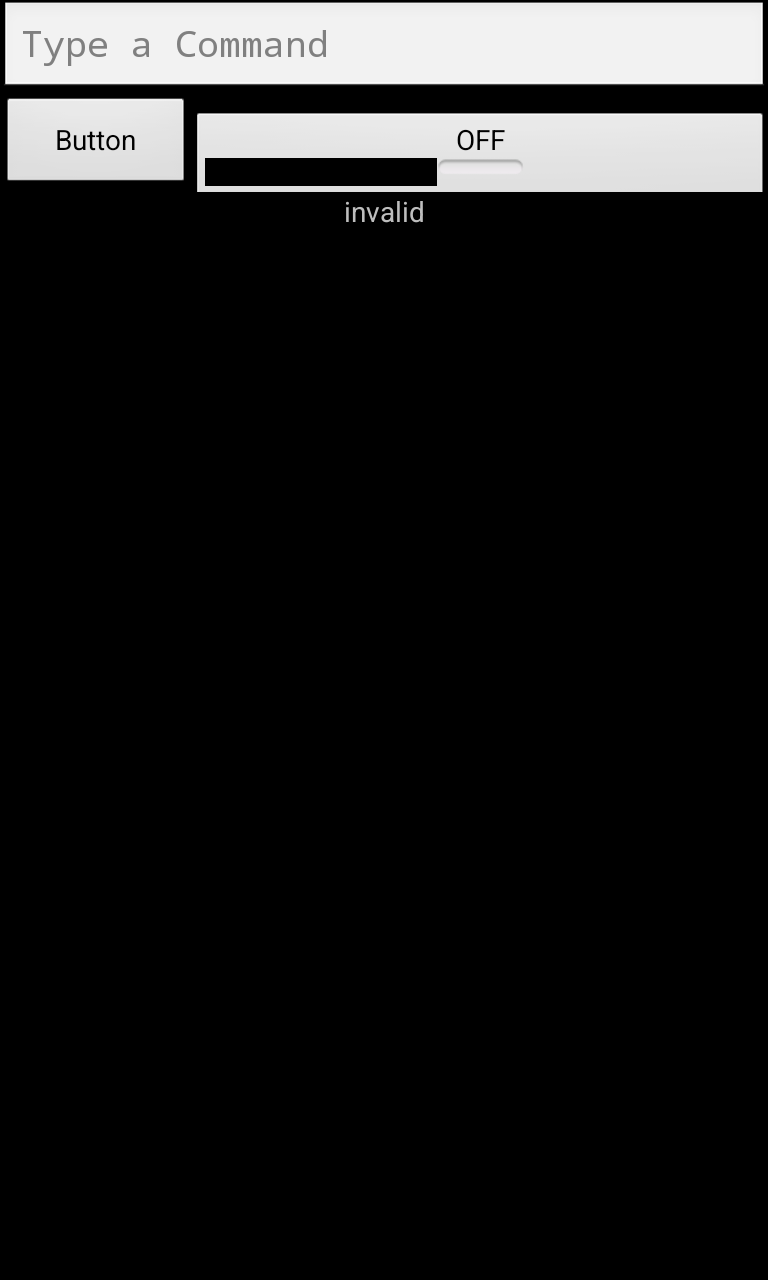
Repository: mcranwill/java_android
Layout: newboston/res/layout/text.xml
The author's editor kept a copy of each file at every save. The layout is drawn from the files as they stood at one save, then again after the next save.
It is drawn on a 768 x 1280 px phone screen (xhdpi) without system bars, with theme android:Theme; the app's code is not run.

Above is the layout before, as saved 2012-06-10 18:41:54.

### newboston/res/layout/text.xml
<?xml version="1.0" encoding="UTF-8"?>
<LinearLayout xmlns:android="http://schemas.android.com/apk/res/android"
    android:layout_width="match_parent"
    android:layout_height="match_parent"
    android:orientation="vertical" >

    <EditText
        android:id="@+id/etCommands"
        android:layout_width="fill_parent"
        android:layout_height="wrap_content"
        android:hint="@string/basic_hint"
        android:password="true" />

    <LinearLayout
        android:layout_width="fill_parent"
        android:layout_height="wrap_content"
        android:orientation="horizontal"
        android:weightSum="100">

        <Button
            android:layout_weight="75"
            android:id="@+id/bResults"
            android:layout_width="fill_parent"
            android:layout_height="wrap_content"
            android:text="Button" />

        <ToggleButton
            android:id="@+id/toggleButton1"
            android:layout_width="fill_parent"
            android:layout_height="wrap_content"
            android:layout_weight="25"
            android:text="ToggleButton" />

    </LinearLayout>

    <TextView
        android:id="@+id/tvResutls"
        android:layout_width="fill_parent"
        android:layout_height="wrap_content"
        android:gravity="center"
        android:text="invalid" />

</LinearLayout>

### newboston/res/values/strings.xml
<?xml version="1.0" encoding="utf-8"?>
<resources>

    <string name="hello">Hello World, StartingPoint!</string>
    <string name="app_name">Newboston</string>
    <string name="basic_hint">Type a Command</string>

</resources>

After the next save:
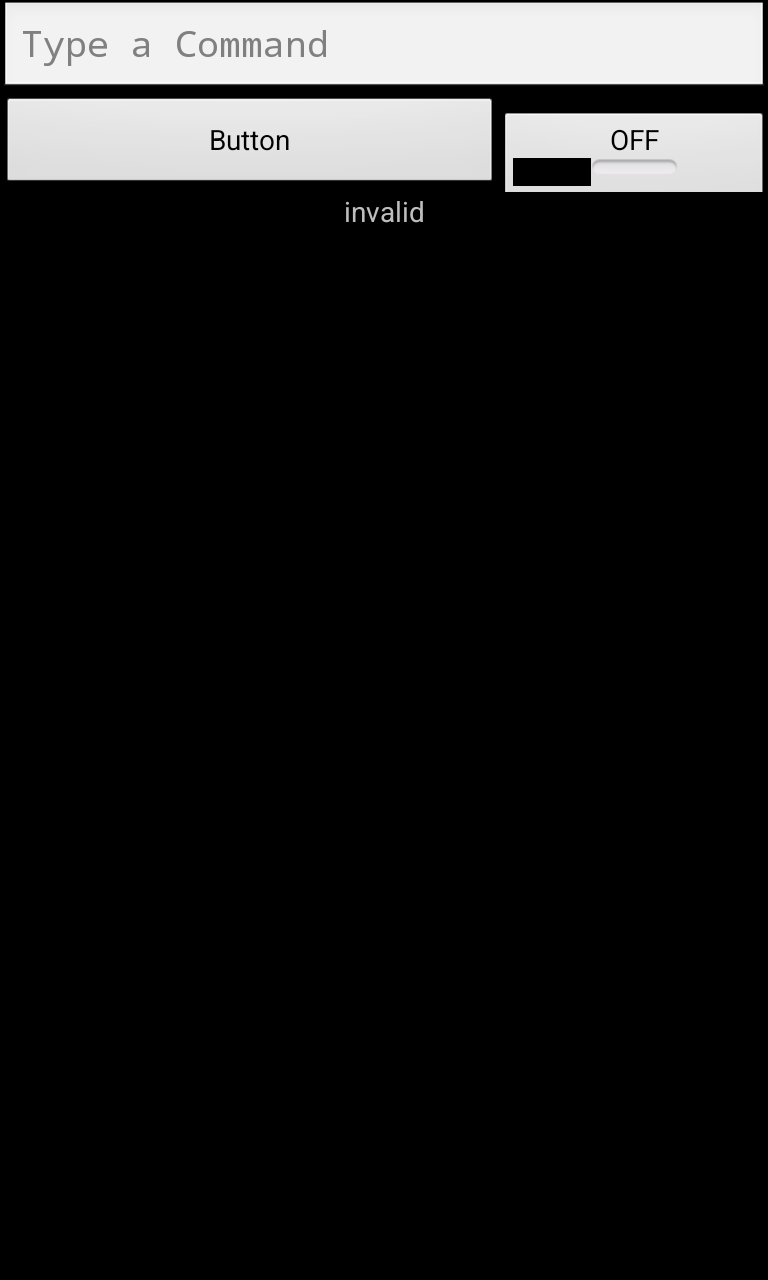
Saved 28 s later.
--- a/newboston/res/layout/text.xml
+++ b/newboston/res/layout/text.xml
@@ -18,7 +18,7 @@
         android:weightSum="100">
 
         <Button
-            android:layout_weight="75"
+            android:layout_weight="35"
             android:id="@+id/bResults"
             android:layout_width="fill_parent"
             android:layout_height="wrap_content"
@@ -28,7 +28,7 @@
             android:id="@+id/toggleButton1"
             android:layout_width="fill_parent"
             android:layout_height="wrap_content"
-            android:layout_weight="25"
+            android:layout_weight="65"
             android:text="ToggleButton" />
 
     </LinearLayout>
